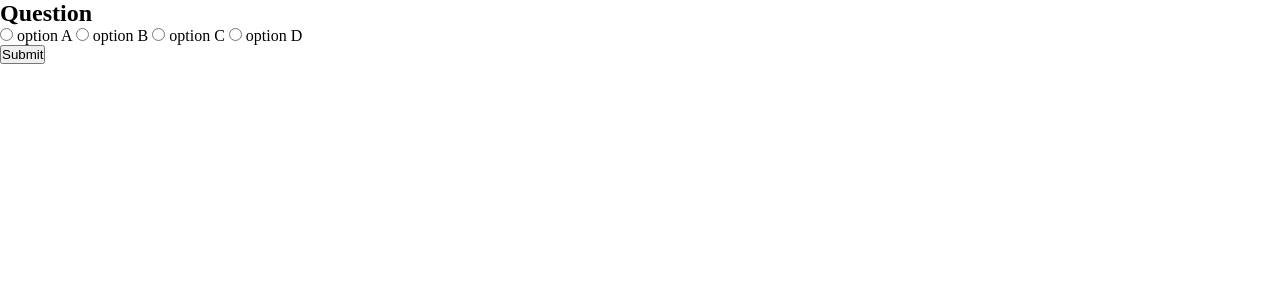
Repository: JunaidAnsari202/Quiz-App
Page: index.html
These files come from the project's save history. The page is drawn as it stood at one moment and after a run of saves; the edit follows.
The browser window is 1280 px wide. The pictures show the whole page.

Above is the page before, as saved 2024-10-13 19:39:59.

### index.html
<!DOCTYPE html>
<html lang="en">
<head>
    <meta charset="UTF-8">
    <meta name="viewport" content="width=device-width, initial-scale=1.0">
    <title>Quiz app</title>
    <link rel="stylesheet" href="style.css">
</head>
<body>
     <div class="quiz-container">

        <h2 id="quiz-question">
            Question
        </h2>
        <ul>
            <li>
                <input type="radio" class="answer" id="option-a" name="quiz">
                 <label for="option-a" class="text_option_a">option A</label>

                 <input type="radio" class="answer" id="option-a"  name="quiz">
                 <label for="option-b" class="text_option_a">option B</label>

                 <input type="radio" class="answer" id="option-a"  name="quiz">
                 <label for="option-c" class="text_option_a">option C</label>

                 <input type="radio" class="answer" id="option-a"  name="quiz">
                 <label for="option-d" class="text_option_a">option D</label>
            </li>
        </ul>

        <button id="submit">Submit</button>

     </div>


    <script src="script.js"></script>
</body>
</html>

### style.css
*{
    margin: 0;
    padding: 0;
    box-sizing: border-box;
}

body{
    background-color: ;
}

Loaded but not shown: script.js (no copy from this time; the picture is the same without it)

After the next 9 saves:
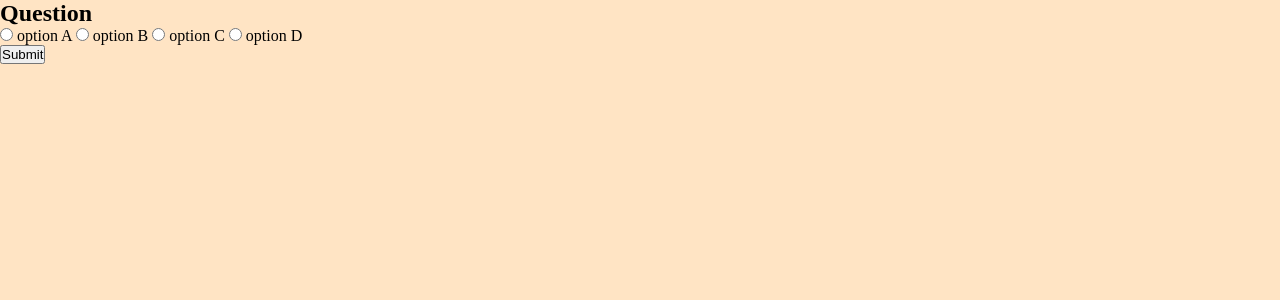
The 9 saves are shown as one change because they came seconds apart.
The last was saved 18 s later.
--- a/style.css
+++ b/style.css
@@ -5,5 +5,7 @@
 }
 
 body{
-    background-color: ;
+    background-color: bisque;
+    display: flex;
+    justify-content: ;
 }
